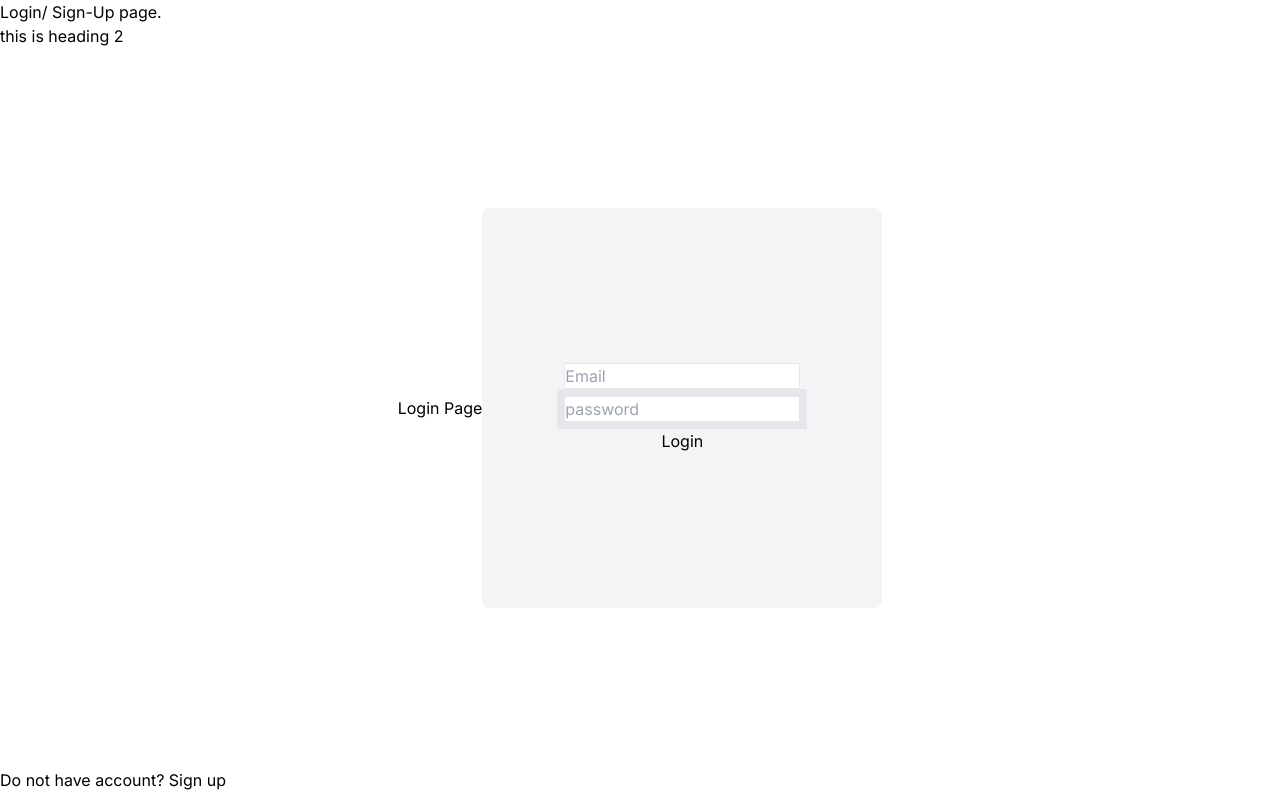
Repository: its-kundan/food-on-time
Page: /restaurant
The author's editor kept a copy of each file at every save. The page is drawn from the files as they stood at one save, then again after the next save.
The browser window is 1280 px wide. The pictures show the whole page.
The project was rebuilt for these pictures with package versions that can differ from the ones it lists, and the page was loaded fresh each time. The framework's server and built-in components were replaced by stand-ins that run in the browser. Also part of the build but not shown: next.config.mjs, src/app/_components/SignUp.jsx.

Above is the page before, as saved 2024-07-24 23:37:44.

After the next save:
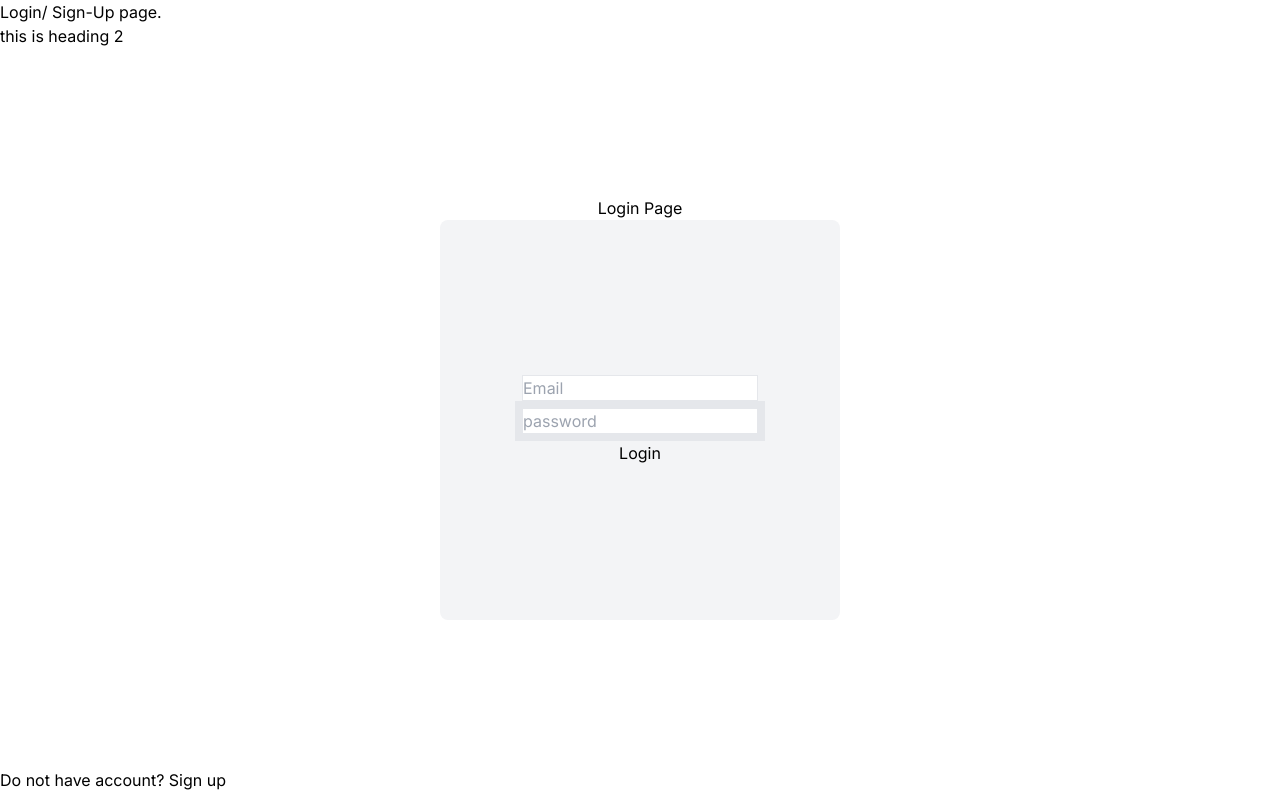
Saved 8 s later.
--- a/src/app/_components/Login.jsx
+++ b/src/app/_components/Login.jsx
@@ -3,7 +3,7 @@ import React from 'react'
 function Login() {
   return (
     <>
-    <div className='flex justify-center items-center h-screen w-screen'>
+    <div className='flex flex-col justify-center items-center h-screen w-screen'>
 
         <h3> Login  Page</h3>
         <div className='flex flex-col border-3 shadow-4 h-[400px] w-[400px] items-center justify-center bg-gray-100 dark:bg-gray-800 rounded-lg'>
